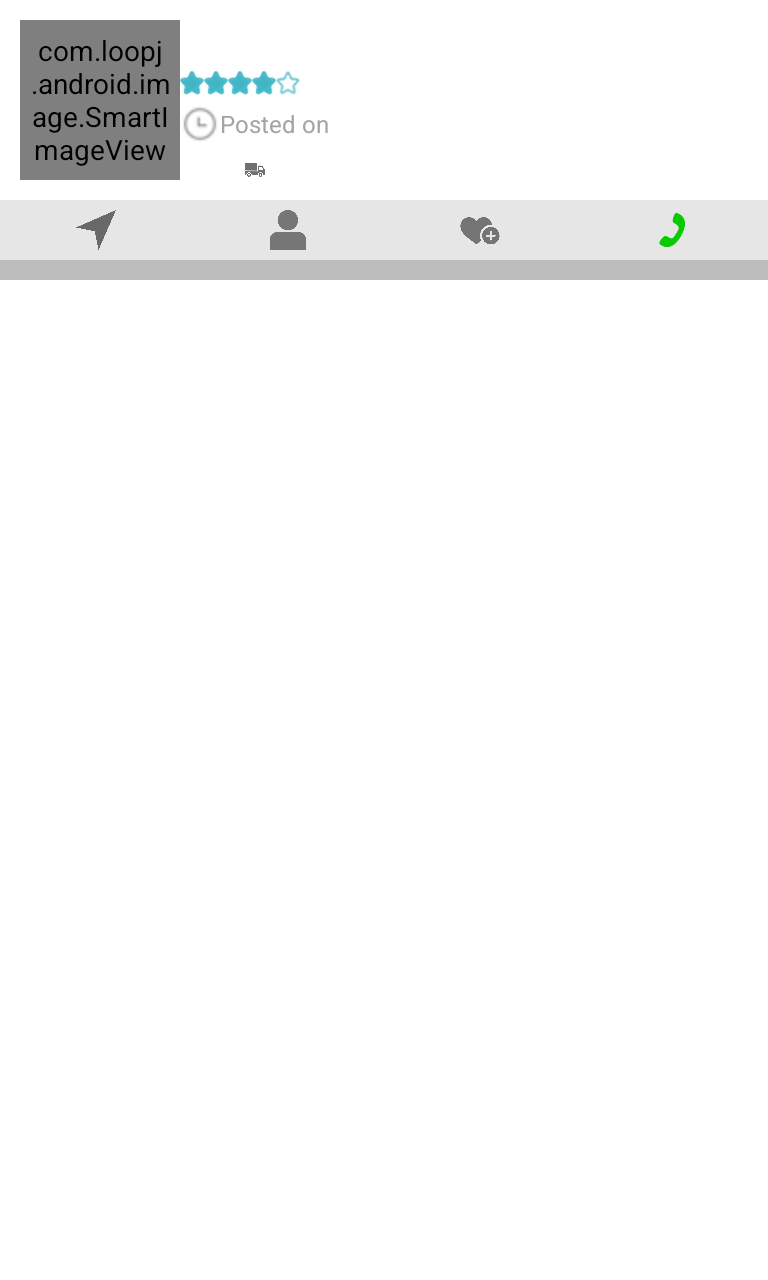
Repository: amitvikramjaiswal/amit-work
Layout: MandiTrades/MandiTradesAndroid/res/layout/sellers_list_template.xml
The author's editor kept a copy of each file at every save. The layout is drawn from the files as they stood at one save, then again after the next save.
Pictures or frames that could not be fetched are drawn as grey boxes. It is drawn on a 768 x 1280 px phone screen (xhdpi) without system bars, with theme AppTheme; the app's code is not run. Lists and similar views that code fills are empty.

Above is the layout before, as saved 2014-11-14 15:59:31.

### MandiTrades/MandiTradesAndroid/res/layout/sellers_list_template.xml
<?xml version="1.0" encoding="utf-8"?>
<LinearLayout xmlns:android="http://schemas.android.com/apk/res/android"
    android:layout_width="match_parent"
    android:layout_height="wrap_content"
    android:orientation="vertical" >

    <LinearLayout
        android:id="@+id/ll1"
        android:layout_width="match_parent"
        android:layout_height="wrap_content"
        android:orientation="horizontal"
        android:padding="@dimen/padding_normal" >

        <RelativeLayout
            android:id="@+id/rl1"
            android:layout_width="@dimen/height_image_view"
            android:layout_height="@dimen/height_image_view" >

            <com.loopj.android.image.SmartImageView
                android:id="@+id/iv1"
                android:layout_width="100dp"
                android:layout_height="100dp"
                android:padding="5dp" />

            <TextView
                android:id="@+id/tv1"
                android:layout_width="match_parent"
                android:layout_height="wrap_content"
                android:layout_below="@+id/iv1"
                android:gravity="center_vertical"
                android:paddingLeft="5dp"
                android:singleLine="true"
                android:textColor="#A4A4A4"
                android:textSize="@dimen/text_size_small" />
        </RelativeLayout>

        <LinearLayout
            android:id="@+id/rl2"
            android:layout_width="match_parent"
            android:layout_height="match_parent"
            android:orientation="vertical" >

            <LinearLayout
                android:id="@+id/ll2"
                android:layout_width="match_parent"
                android:layout_height="wrap_content"
                android:orientation="horizontal" >

                <TextView
                    android:id="@+id/tv2"
                    android:layout_width="wrap_content"
                    android:layout_height="wrap_content"
                    android:gravity="center_vertical"
                    android:paddingBottom="@dimen/padding_very_small"
                    android:textColor="#00BFFF"
                    android:textSize="@dimen/text_size_large" />

                <ImageView
                    android:id="@+id/iv2"
                    android:layout_width="16dp"
                    android:layout_height="16dp"
                    android:layout_gravity="center_vertical"
                    android:layout_marginLeft="@dimen/padding_very_small"
                    android:adjustViewBounds="true"
                    android:src="@drawable/tick"
                    android:visibility="gone" />
            </LinearLayout>

            <LinearLayout
                android:id="@+id/rating"
                android:layout_width="match_parent"
                android:layout_height="wrap_content"
                android:gravity="center_vertical"
                android:orientation="horizontal" >

                <RatingBar
                    android:id="@+id/rb1"
                    android:layout_width="wrap_content"
                    android:layout_height="12dp"
                    android:clickable="false"
                    android:focusable="false"
                    android:focusableInTouchMode="false"
                    android:isIndicator="true"
                    android:numStars="5"
                    android:progressDrawable="@drawable/rating_bar"
                    android:rating="4.0"
                    android:stepSize="0.5" />

                <TextView
                    android:id="@+id/rated_by_tv"
                    android:layout_width="wrap_content"
                    android:layout_height="wrap_content"
                    android:layout_gravity="center_vertical"
                    android:paddingLeft="@dimen/padding_small"
                    android:textColor="#A4A4A4"
                    android:textSize="@dimen/text_size_small" />
            </LinearLayout>

            <TextView
                android:id="@+id/posted_on"
                android:layout_width="wrap_content"
                android:layout_height="wrap_content"
                android:drawableLeft="@drawable/clock_icon"
                android:gravity="center_vertical"
                android:paddingBottom="@dimen/padding_very_small"
                android:paddingTop="@dimen/padding_very_small"
                android:text="Posted on"
                android:textColor="#A4A4A4"
                android:textSize="@dimen/text_size_small" />

            <LinearLayout
                android:id="@+id/rl3"
                android:layout_width="match_parent"
                android:layout_height="wrap_content"
                android:layout_marginTop="6dp"
                android:orientation="vertical" >

                <LinearLayout
                    android:id="@+id/ll3"
                    android:layout_width="match_parent"
                    android:layout_height="wrap_content"
                    android:layout_marginLeft="30dp"
                    android:orientation="horizontal" >

                    <ImageView
                        android:layout_width="15dp"
                        android:layout_height="15dp"
                        android:layout_gravity="center_vertical"
                        android:adjustViewBounds="true"
                        android:src="@drawable/truck" />

                    <TextView
                        android:id="@+id/tv4"
                        android:layout_width="match_parent"
                        android:layout_height="wrap_content"
                        android:layout_marginLeft="@dimen/padding_small"
                        android:gravity="center_vertical"
                        android:textColor="#00BFFF"
                        android:textSize="@dimen/text_size_small" />
                </LinearLayout>

                <LinearLayout
                    android:id="@+id/ll4"
                    android:layout_width="match_parent"
                    android:layout_height="wrap_content"
                    android:layout_marginLeft="30dp"
                    android:orientation="horizontal" >

                    <ImageView
                        android:layout_width="15dp"
                        android:layout_height="15dp"
                        android:layout_gravity="center_vertical"
                        android:adjustViewBounds="true"
                        android:src="@drawable/indianrupee" />

                    <TextView
                        android:id="@+id/tv5"
                        android:layout_width="match_parent"
                        android:layout_height="wrap_content"
                        android:layout_marginLeft="@dimen/padding_small"
                        android:gravity="center_vertical"
                        android:textColor="#00BFFF"
                        android:textSize="@dimen/text_size_small" />
                </LinearLayout>
            </LinearLayout>
        </LinearLayout>
    </LinearLayout>

    <!-- for bottom layout -->

    <LinearLayout
        android:id="@+id/footer_ll"
        android:layout_width="match_parent"
        android:layout_height="30dp"
        android:background="#e6e6e6"
        android:orientation="horizontal" >

        <RelativeLayout
            android:layout_width="0dp"
            android:layout_height="match_parent"
            android:layout_weight="1" >

            <LinearLayout
                android:layout_width="match_parent"
                android:layout_height="match_parent"
                android:layout_centerHorizontal="true"
                android:layout_centerVertical="true"
                android:orientation="horizontal" >

                <RelativeLayout
                    android:id="@+id/direction"
                    android:layout_width="0dp"
                    android:layout_height="match_parent"
                    android:layout_weight="1" >

                    <LinearLayout
                        android:layout_width="wrap_content"
                        android:layout_height="wrap_content"
                        android:layout_centerHorizontal="true"
                        android:layout_centerVertical="true"
                        android:orientation="horizontal" >

                        <ImageView
                            android:layout_width="20dp"
                            android:layout_height="20dp"
                            android:layout_gravity="center_vertical"
                            android:src="@drawable/directions" />

                        <TextView
                            android:id="@+id/distance"
                            android:layout_width="wrap_content"
                            android:layout_height="wrap_content"
                            android:layout_gravity="center_vertical"
                            android:textColor="#000000"
                            android:textSize="12sp" />
                    </LinearLayout>
                </RelativeLayout>

                <RelativeLayout
                    android:id="@+id/interested_user_rl"
                    android:layout_width="0dp"
                    android:layout_height="match_parent"
                    android:layout_weight="1" >

                    <LinearLayout
                        android:layout_width="wrap_content"
                        android:layout_height="wrap_content"
                        android:layout_centerHorizontal="true"
                        android:layout_centerVertical="true"
                        android:orientation="horizontal" >

                        <ImageView
                            android:layout_width="20dp"
                            android:layout_height="20dp"
                            android:layout_gravity="center_vertical"
                            android:src="@drawable/peoples" />

                        <TextView
                            android:id="@+id/no_of_calls"
                            android:layout_width="wrap_content"
                            android:layout_height="wrap_content"
                            android:layout_gravity="center_vertical"
                            android:textColor="#000000"
                            android:textSize="12sp" />
                    </LinearLayout>
                </RelativeLayout>
            </LinearLayout>
        </RelativeLayout>

        <RelativeLayout
            android:layout_width="0dp"
            android:layout_height="wrap_content"
            android:layout_weight="1" >

            <LinearLayout
                android:layout_width="match_parent"
                android:layout_height="match_parent"
                android:layout_centerHorizontal="true"
                android:layout_centerVertical="true"
                android:orientation="horizontal" >

                <RelativeLayout
                    android:id="@+id/update_in_wishlist"
                    android:layout_width="0dp"
                    android:layout_height="match_parent"
                    android:layout_weight="1" >

                    <ImageView
                        android:id="@+id/update_in_wishlist_image"
                        android:layout_width="20dp"
                        android:layout_height="20dp"
                        android:layout_centerHorizontal="true"
                        android:layout_centerVertical="true"
                        android:src="@drawable/add_heart" />
                </RelativeLayout>

                <RelativeLayout
                    android:id="@+id/call"
                    android:layout_width="0dp"
                    android:layout_height="match_parent"
                    android:layout_weight="1" >

                    <ImageView
                        android:id="@+id/call_iv"
                        android:layout_width="20dp"
                        android:layout_height="20dp"
                        android:layout_centerHorizontal="true"
                        android:layout_centerVertical="true"
                        android:src="@drawable/phone" />
                </RelativeLayout>
            </LinearLayout>
        </RelativeLayout>
    </LinearLayout>

    <LinearLayout
        android:id="@+id/ll6"
        android:layout_width="match_parent"
        android:layout_height="10dp"
        android:background="#bdbdbd"
        android:orientation="vertical" />

    <RelativeLayout
        android:id="@+id/user_interestedview_rl"
        android:layout_width="match_parent"
        android:layout_height="match_parent"
        android:background="#50000000"
        android:visibility="gone" >

        <ListView
            android:id="@+id/user_interested_list"
            android:layout_width="match_parent"
            android:layout_height="wrap_content"
            android:layout_alignParentBottom="true"
            android:layout_centerVertical="true"
            android:layout_margin="10dp"
            android:background="@drawable/language_listview_shape"
            android:focusable="true"
            android:headerDividersEnabled="true"
            android:listSelector="@android:color/transparent" >
        </ListView>
    </RelativeLayout>

</LinearLayout>

### MandiTrades/MandiTradesAndroid/res/values/styles.xml
<resources>

    <!--
        Base application theme, dependent on API level. This theme is replaced
        by AppBaseTheme from res/values-vXX/styles.xml on newer devices.
    -->
    <style name="AppBaseTheme" parent="android:Theme.Light">
        <!--
            Theme customizations available in newer API levels can go in
            res/values-vXX/styles.xml, while customizations related to
            backward-compatibility can go here.
        -->
    </style>

    <!-- Application theme. -->
    <style name="AppTheme" parent="AppBaseTheme">

        <!-- All customizations that are NOT specific to a particular API-level can go here. -->
        <item name="titleTextStyle">@style/TitleTextStyle</item>
    </style>

    <!-- *********************************************** Custom Progress Dialog *********************************************** -->
    <style name="CustomProgressDialog" parent="android:Theme.Holo.Dialog">
        <item name="android:alertDialogStyle">@style/CustomAlertDialogStyle</item>
        <item name="android:windowBackground">@color/transparent</item>
        <item name="android:textColorPrimary">#FFFFFF</item>
        <item name="android:backgroundDimEnabled">false</item>
        <item name="android:textColor">#FFFFFF</item>
        <item name="android:textStyle">normal</item>
        <item name="android:textSize">12sp</item>
    </style>

    <style name="CustomAlertDialogStyle">
        <item name="android:bottomBright">@color/transparent</item>
        <item name="android:bottomDark">@color/transparent</item>
        <item name="android:bottomMedium">@color/transparent</item>
        <item name="android:centerBright">@color/transparent</item>
        <item name="android:centerDark">@color/transparent</item>
        <item name="android:centerMedium">@color/transparent</item>
        <item name="android:fullBright">@color/transparent</item>
        <item name="android:fullDark">@color/transparent</item>
        <item name="android:topBright">@color/transparent</item>
        <item name="android:topDark">@color/transparent</item>
    </style>

    <style name="TitleTextStyle" parent="@style/TextAppearance.AppCompat.Widget.ActionBar.Title">
        <item name="android:gravity">center</item>
    </style>

</resources>

### MandiTrades/MandiTradesAndroid/res/values-sw720dp/dimens.xml
<resources>

    <!--
         Customize dimensions originally defined in res/values/dimens.xml (such as
         screen margins) for sw600dp devices (e.g. 7" tablets) here.
    -->
    <dimen name="activity_horizontal_margin">16dp</dimen>
    <dimen name="activity_vertical_margin">16dp</dimen>
    <dimen name="text_size_normal">16sp</dimen>
    <dimen name="text_size_small">14sp</dimen>
    <dimen name="text_size_large">18sp</dimen>
    <dimen name="width_small_field_1">150dp</dimen>
    <dimen name="width_small_field_2">100dp</dimen>
    <dimen name="height_row">50dp</dimen>
    <dimen name="height_button">70dp</dimen>
    <dimen name="margin_left_right">10dp</dimen>
    <dimen name="margin_address">20dp</dimen>
    <dimen name="width_large_field">260dp</dimen>
    <dimen name="size_icon">50dp</dimen>
    <dimen name="text_size_heading">22sp</dimen>

    <!-- Main Menu -->

    <dimen name="height_main_menu_ll">230dp</dimen>
    <dimen name="width_main_menu_ll">230dp</dimen>
    <dimen name="size_alert_main_menu_icon">130dp</dimen>
    <dimen name="size_main_menu_icon">130dp</dimen>
    <dimen name="padding_main_menu_icon">30dp</dimen>
    <dimen name="padding_main_menu_layout">15dp</dimen>
    <dimen name="size_main_menu_icon_rl">142dp</dimen>
    <dimen name="slidermenu_width">250dp</dimen>

    <!-- New Sale Commodity Page -->

    <dimen name="height_commodity_title">45dp</dimen>
    <dimen name="padding_commodity_title">5dp</dimen>
    <dimen name="text_size_commodity_title">20sp</dimen>

    <!-- New Sale Horizontal Scroll Template -->

    <dimen name="width_image_view">120dp</dimen>
    <dimen name="height_image_view">120dp</dimen>
    <dimen name="width_text_view">120dp</dimen>
    <dimen name="height_text_view">20dp</dimen>
    <dimen name="text_size_commodity_name">18sp</dimen>

    <!-- New Sale Post Page -->
    <dimen name="width_label_column">140dp</dimen>
    <dimen name="image_height">300dp</dimen>
    <dimen name="padding_image">5dp</dimen>
    <dimen name="padding_normal">10dp</dimen>
    <dimen name="padding_small">5dp</dimen>
    <dimen name="text_size_timer">30sp</dimen>

    <!-- NEWS Page -->
    <dimen name="width_news_image">120dp</dimen>
    <dimen name="height_news_image">80dp</dimen>
    <dimen name="cart_label_radious">15dp</dimen>
    <dimen name="home_screen_first_row_top_margin">12dp</dimen>
    <dimen name="main_menu_top_margin">50dp</dimen>

    <!-- Image Upload -->

    <dimen name="height_image_upload_layout">140dp</dimen>
    <dimen name="height_image_upload_icon">110dp</dimen>

</resources>

### MandiTrades/MandiTradesAndroid/res/drawable/rating_bar.xml
<?xml version="1.0" encoding="UTF-8"?>
<layer-list xmlns:android="http://schemas.android.com/apk/res/android">
    <item android:id="@android:id/background" android:drawable="@drawable/star_empty"/>
    <item android:id="@android:id/secondaryProgress" android:drawable="@drawable/star_half" />
    <item android:id="@android:id/progress" android:drawable="@drawable/star_full" />
</layer-list>

### MandiTrades/MandiTradesAndroid/res/drawable/language_listview_shape.xml
<?xml version="1.0" encoding="UTF-8"?>
<shape xmlns:android="http://schemas.android.com/apk/res/android"
    android:id="@+id/shape_my">

    <stroke android:width="1dp" android:color="@android:color/transparent" />

    <padding android:left="5dp"
        android:top="5dp"
        android:right="5dp"
        android:bottom="5dp" />

    <corners android:radius="5dp" />

    <solid android:color="#ffffff" />
</shape>

Loaded but not shown: MandiTrades/MandiTradesAndroid/res/values-v11/styles.xml (common file); MandiTrades/MandiTradesAndroid/res/values-v14/styles.xml (common file); MandiTrades/MandiTradesAndroid/res/values/dimens.xml (73 lines, source omitted); MandiTrades/MandiTradesAndroid/res/values-sw600dp/dimens.xml (67 lines, source omitted)

After the next save:
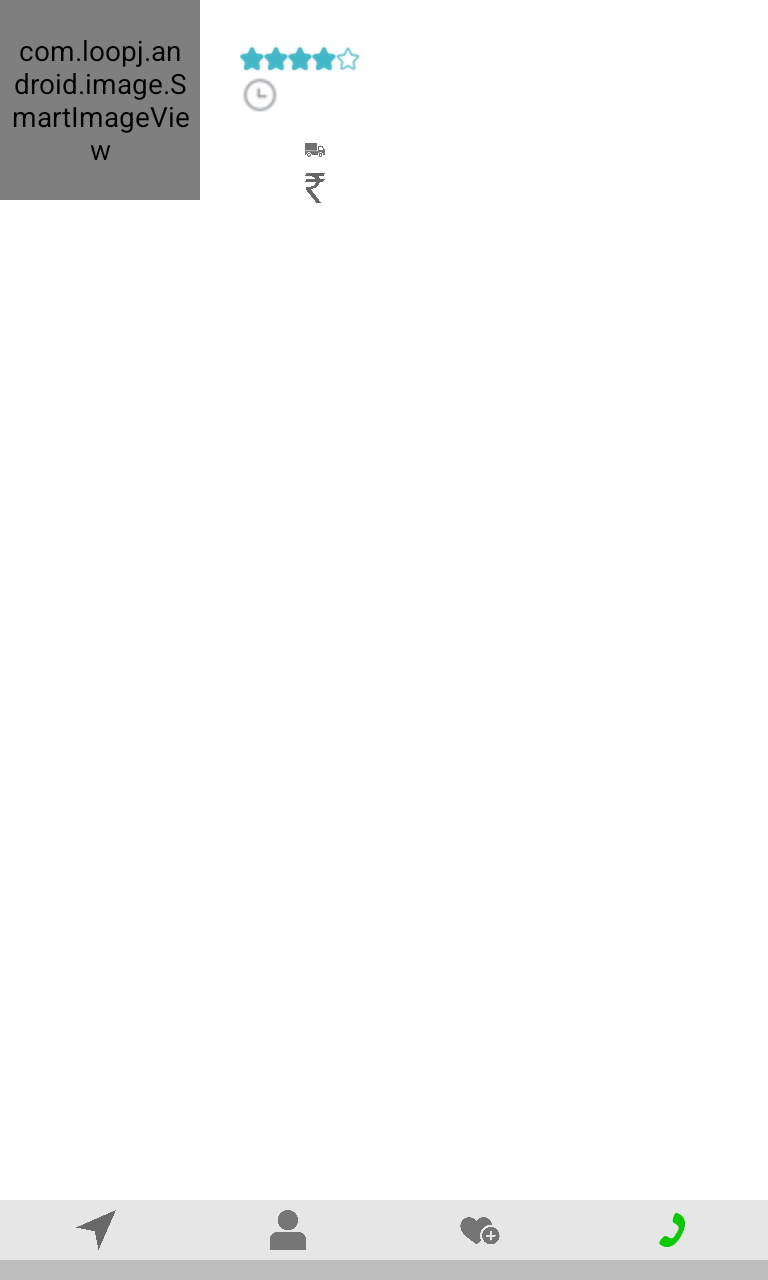
Saved 4 min 24 s later.
--- a/MandiTrades/MandiTradesAndroid/res/layout/sellers_list_template.xml
+++ b/MandiTrades/MandiTradesAndroid/res/layout/sellers_list_template.xml
@@ -6,15 +6,15 @@
 
     <LinearLayout
         android:id="@+id/ll1"
-        android:layout_width="match_parent"
+        android:layout_width="wrap_content"
         android:layout_height="wrap_content"
-        android:orientation="horizontal"
-        android:padding="@dimen/padding_normal" >
+        android:layout_weight="1"
+        android:orientation="horizontal" >
 
         <RelativeLayout
             android:id="@+id/rl1"
-            android:layout_width="@dimen/height_image_view"
-            android:layout_height="@dimen/height_image_view" >
+            android:layout_width="120dp"
+            android:layout_height="120dp" >
 
             <com.loopj.android.image.SmartImageView
                 android:id="@+id/iv1"
@@ -26,7 +26,7 @@
                 android:id="@+id/tv1"
                 android:layout_width="match_parent"
                 android:layout_height="wrap_content"
-                android:layout_below="@+id/iv1"
+                android:layout_alignParentBottom="true"
                 android:gravity="center_vertical"
                 android:paddingLeft="5dp"
                 android:singleLine="true"
@@ -66,45 +66,25 @@
                     android:visibility="gone" />
             </LinearLayout>
 
-            <LinearLayout
-                android:id="@+id/rating"
-                android:layout_width="match_parent"
-                android:layout_height="wrap_content"
-                android:gravity="center_vertical"
-                android:orientation="horizontal" >
-
-                <RatingBar
-                    android:id="@+id/rb1"
-                    android:layout_width="wrap_content"
-                    android:layout_height="12dp"
-                    android:clickable="false"
-                    android:focusable="false"
-                    android:focusableInTouchMode="false"
-                    android:isIndicator="true"
-                    android:numStars="5"
-                    android:progressDrawable="@drawable/rating_bar"
-                    android:rating="4.0"
-                    android:stepSize="0.5" />
-
-                <TextView
-                    android:id="@+id/rated_by_tv"
-                    android:layout_width="wrap_content"
-                    android:layout_height="wrap_content"
-                    android:layout_gravity="center_vertical"
-                    android:paddingLeft="@dimen/padding_small"
-                    android:textColor="#A4A4A4"
-                    android:textSize="@dimen/text_size_small" />
-            </LinearLayout>
+            <RatingBar
+                android:id="@+id/rb1"
+                android:layout_width="wrap_content"
+                android:layout_height="12dp"
+                android:clickable="false"
+                android:focusable="false"
+                android:focusableInTouchMode="false"
+                android:isIndicator="true"
+                android:numStars="5"
+                android:progressDrawable="@drawable/rating_bar"
+                android:rating="4.0"
+                android:stepSize="0.5" />
 
             <TextView
-                android:id="@+id/posted_on"
+                android:id="@+id/tv3"
                 android:layout_width="wrap_content"
                 android:layout_height="wrap_content"
                 android:drawableLeft="@drawable/clock_icon"
-                android:gravity="center_vertical"
-                android:paddingBottom="@dimen/padding_very_small"
                 android:paddingTop="@dimen/padding_very_small"
-                android:text="Posted on"
                 android:textColor="#A4A4A4"
                 android:textSize="@dimen/text_size_small" />
 
@@ -112,7 +92,7 @@
                 android:id="@+id/rl3"
                 android:layout_width="match_parent"
                 android:layout_height="wrap_content"
-                android:layout_marginTop="6dp"
+                android:layout_marginTop="8dp"
                 android:orientation="vertical" >
 
                 <LinearLayout
@@ -136,7 +116,7 @@
                         android:layout_marginLeft="@dimen/padding_small"
                         android:gravity="center_vertical"
                         android:textColor="#00BFFF"
-                        android:textSize="@dimen/text_size_small" />
+                        android:textSize="@dimen/text_size_normal" />
                 </LinearLayout>
 
                 <LinearLayout
@@ -160,7 +140,7 @@
                         android:layout_marginLeft="@dimen/padding_small"
                         android:gravity="center_vertical"
                         android:textColor="#00BFFF"
-                        android:textSize="@dimen/text_size_small" />
+                        android:textSize="@dimen/text_size_normal" />
                 </LinearLayout>
             </LinearLayout>
         </LinearLayout>
